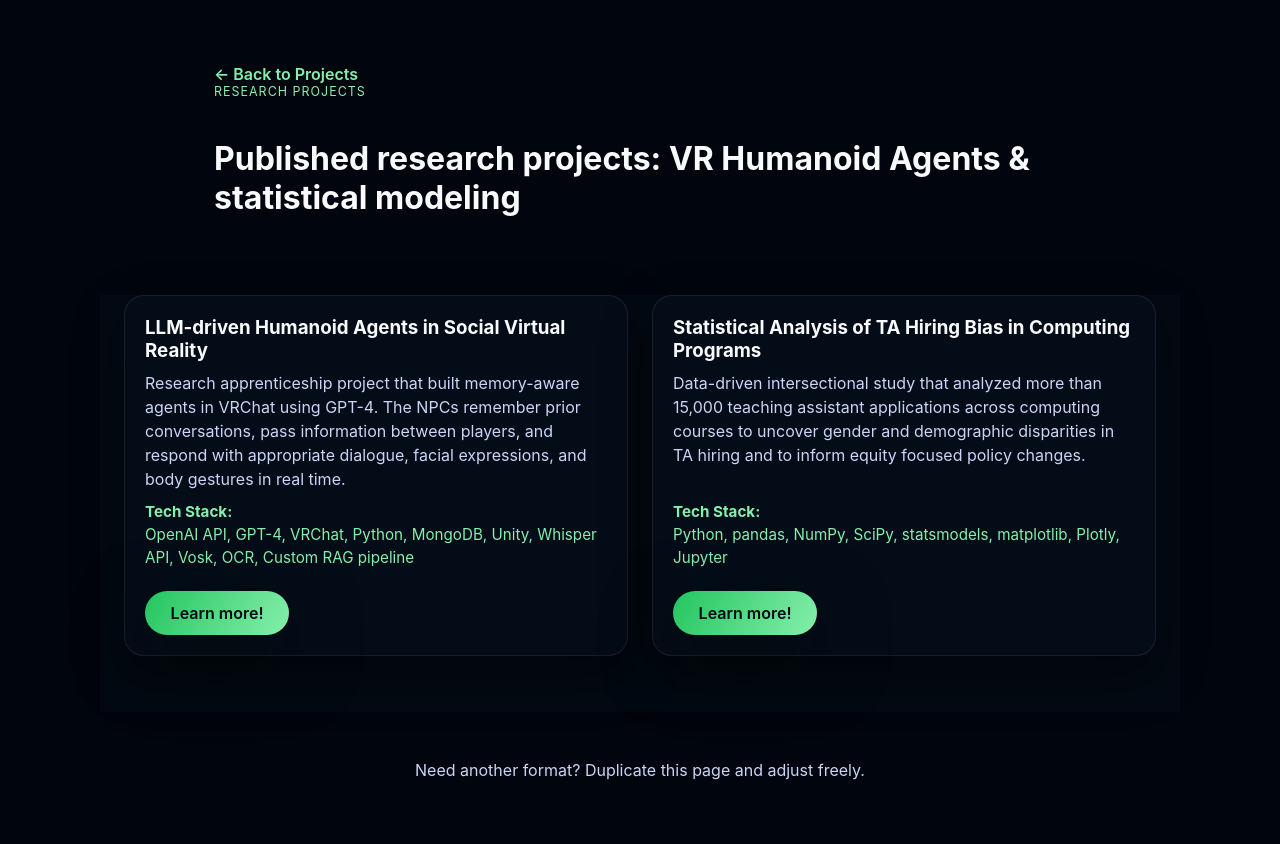
Repository: Abdulaziz-04/Abdulaziz-04.github.io
Page: projects/research.html
An editor plug-in stored every save of this project. The page is shown before and after the next save, followed by the edit.
The browser window is 1280 px wide. The pictures show the whole page.

Above is the page before, as saved 2025-11-20 23:30:57.

After the next save:
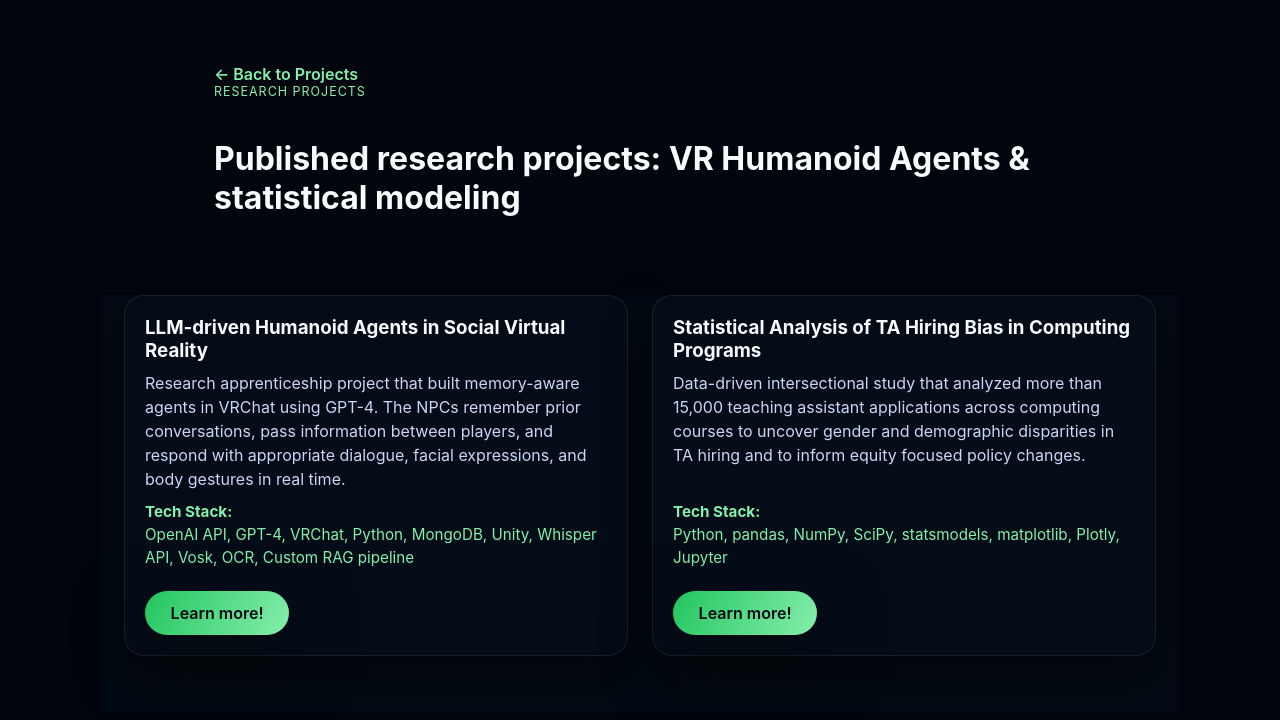
Saved 8 s later.
--- a/projects/research.html
+++ b/projects/research.html
@@ -11,7 +11,9 @@
       <a class="category-back" href="../index.html#projects"
         >&larr; Back to Projects</a
       >
-      <a class="category-pill" href="../index.html#projects">Research Projects</a>
+      <a class="category-pill" href="../index.html#projects"
+        >Research Projects</a
+      >
       <br />
       <h1>
         Published research projects: VR Humanoid Agents & statistical modeling
@@ -70,8 +72,5 @@
         </article>
       </div>
     </main>
-    <footer class="category-footer">
-      <p>Need another format? Duplicate this page and adjust freely.</p>
-    </footer>
   </body>
 </html>
